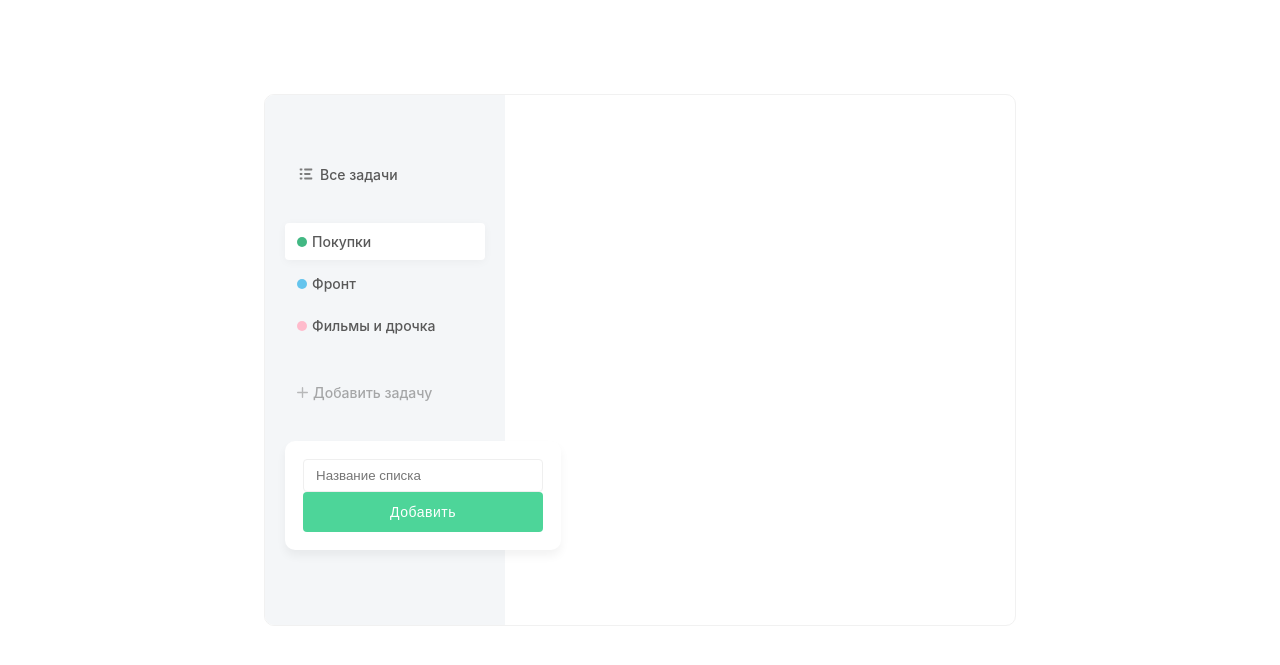
Repository: AzimAzimov/Todo
Page: /
These files come from the project's save history. The page is drawn as it stood at one moment and after the next save; the edit follows.
The browser window is 1280 px wide. The pictures show the whole page.
The project was rebuilt for these pictures with package versions that can differ from the ones it lists, and the page was loaded fresh each time.

Above is the page before, as saved 2023-02-19 15:03:51.

After the next save:
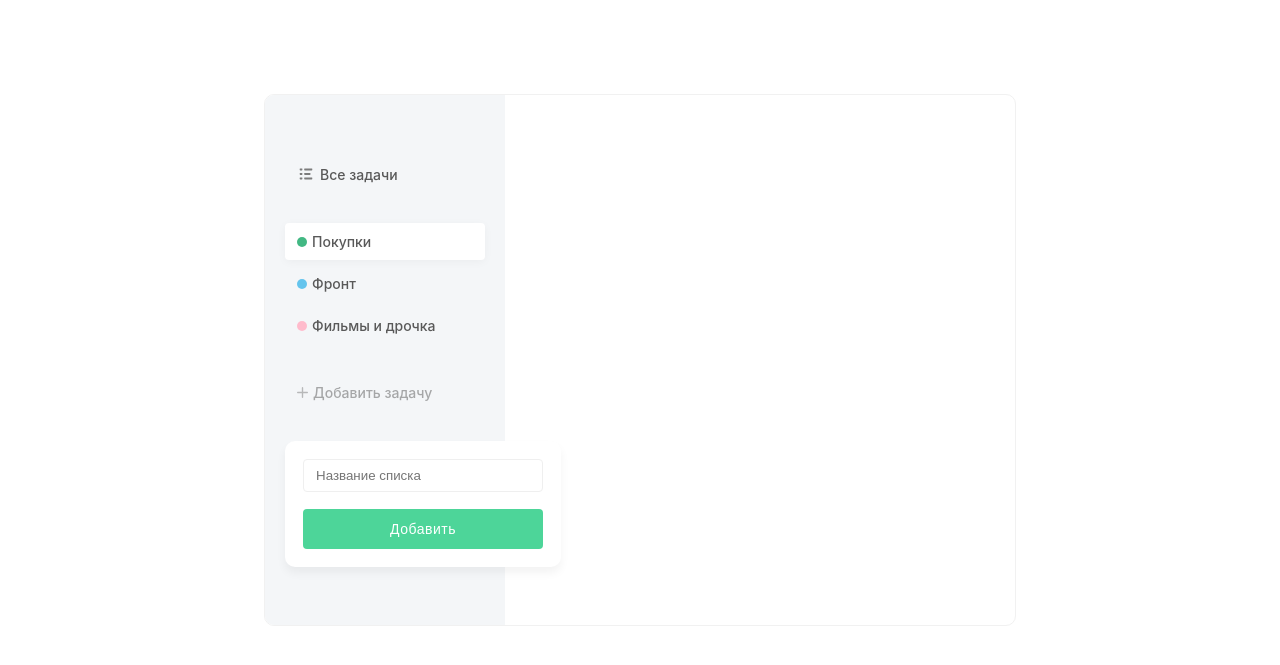
Saved 2 s later.
--- a/src/components/badge/Barge.scss
+++ b/src/components/badge/Barge.scss
@@ -1,5 +1,5 @@
   .badge {
-    display: in;
+    display: inline-block;
     width: 10px;
     height: 10px;
     border-radius: 50%;
